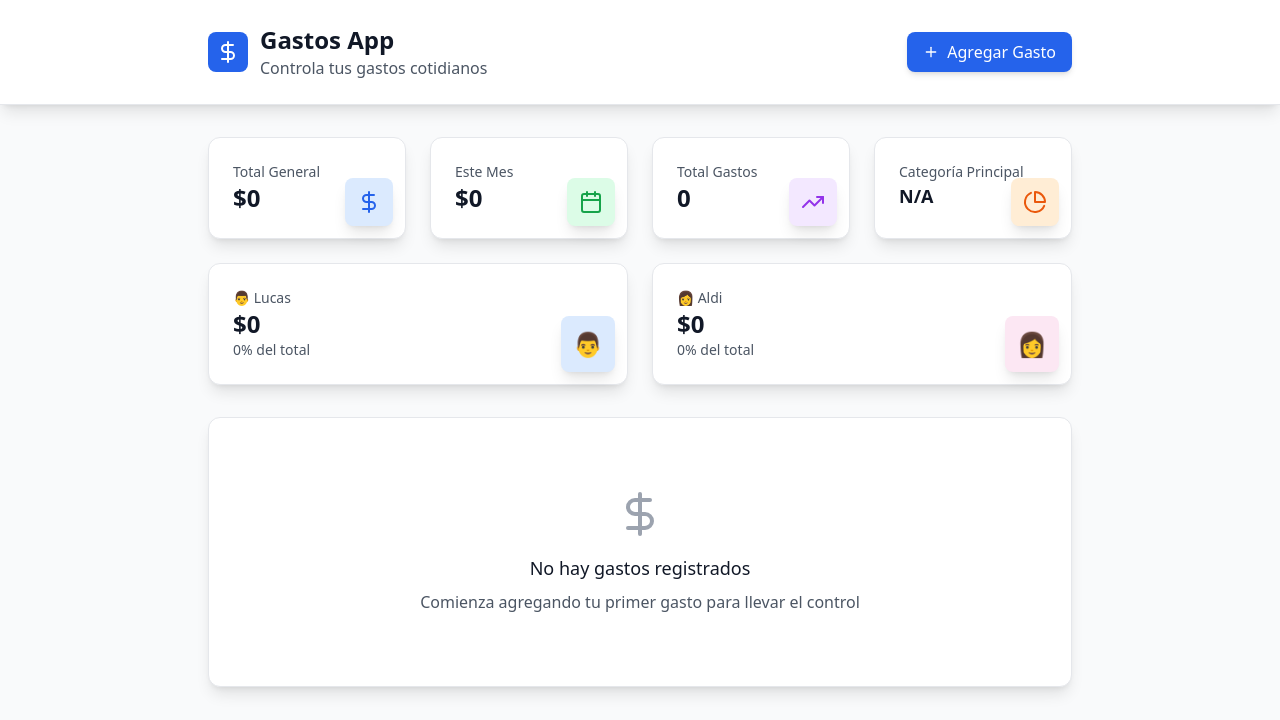
Repository: lucastenaglia/Gastosapp
Page: /
An editor plug-in stored every save of this project. The page is shown before and after the next save, followed by the edit.
The browser window is 1280 px wide. The pictures show the whole page.
The page's requests for data from a server got no answer. The project was rebuilt for these pictures with package versions that can differ from the ones it lists, and the page was loaded fresh each time. No one was signed in, and anything a server would have sent is missing. Also part of the build but not shown: vite.config.js, src/components/ExpenseForm.jsx.

Above is the page before, as saved 2025-08-03 21:33:55.

After the next save:
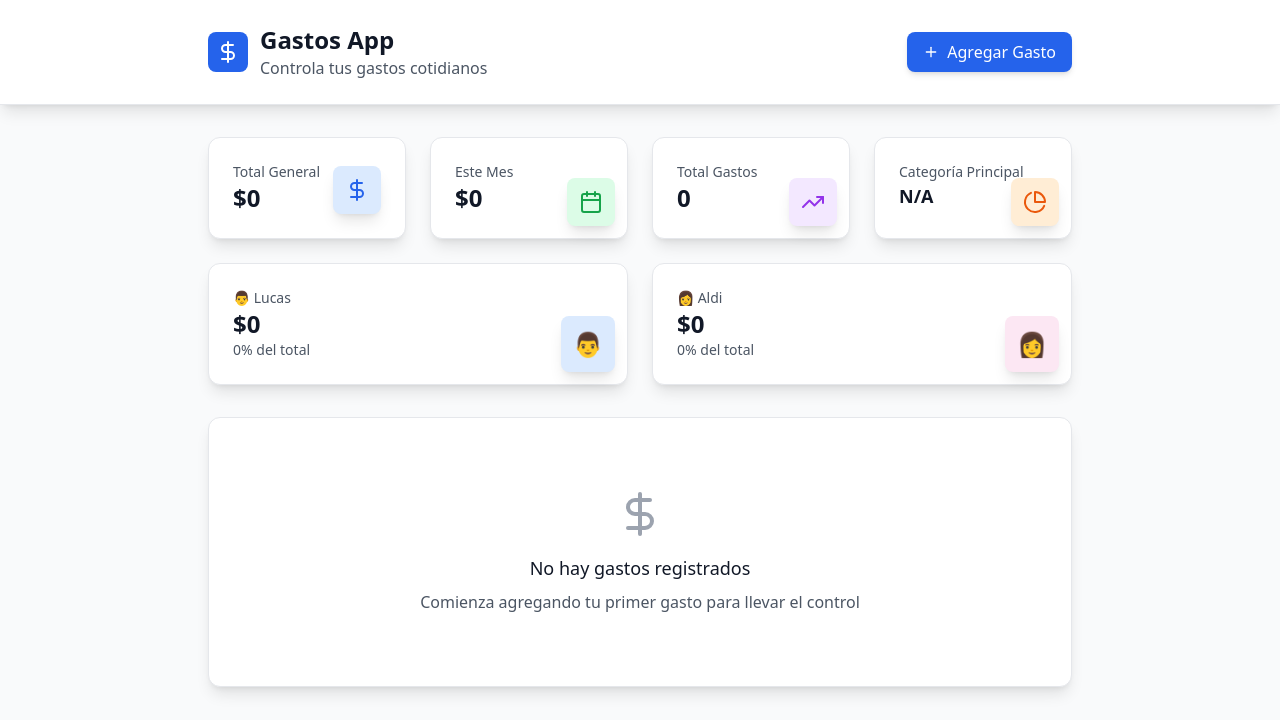
Saved 65 s later.
--- a/src/components/ExpenseSummary.jsx
+++ b/src/components/ExpenseSummary.jsx
@@ -41,14 +41,16 @@ const ExpenseSummary = ({ expenses }) => {
       <div className="grid grid-cols-2 lg:grid-cols-4 gap-3 sm:gap-6">
                  {/* Total General */}
          <div className="card relative p-4 sm:p-6">
-           <div>
-             <p className="text-xs sm:text-sm font-medium text-gray-600">Total General</p>
-             <p className="text-lg sm:text-2xl font-bold text-gray-900">
-               {formatCurrency(totalExpenses)}
-             </p>
-           </div>
-           <div className="absolute bottom-2 right-2 sm:bottom-3 sm:right-3 bg-blue-100 p-2 sm:p-3 rounded-lg shadow-lg">
-             <DollarSign className="h-4 w-4 sm:h-6 sm:w-6 text-blue-600" />
+           <div className="flex items-end justify-between">
+             <div>
+               <p className="text-xs sm:text-sm font-medium text-gray-600">Total General</p>
+               <p className="text-lg sm:text-2xl font-bold text-gray-900">
+                 {formatCurrency(totalExpenses)}
+               </p>
+             </div>
+             <div className="bg-blue-100 p-2 sm:p-3 rounded-lg shadow-lg">
+               <DollarSign className="h-4 w-4 sm:h-6 sm:w-6 text-blue-600" />
+             </div>
            </div>
          </div>
 
